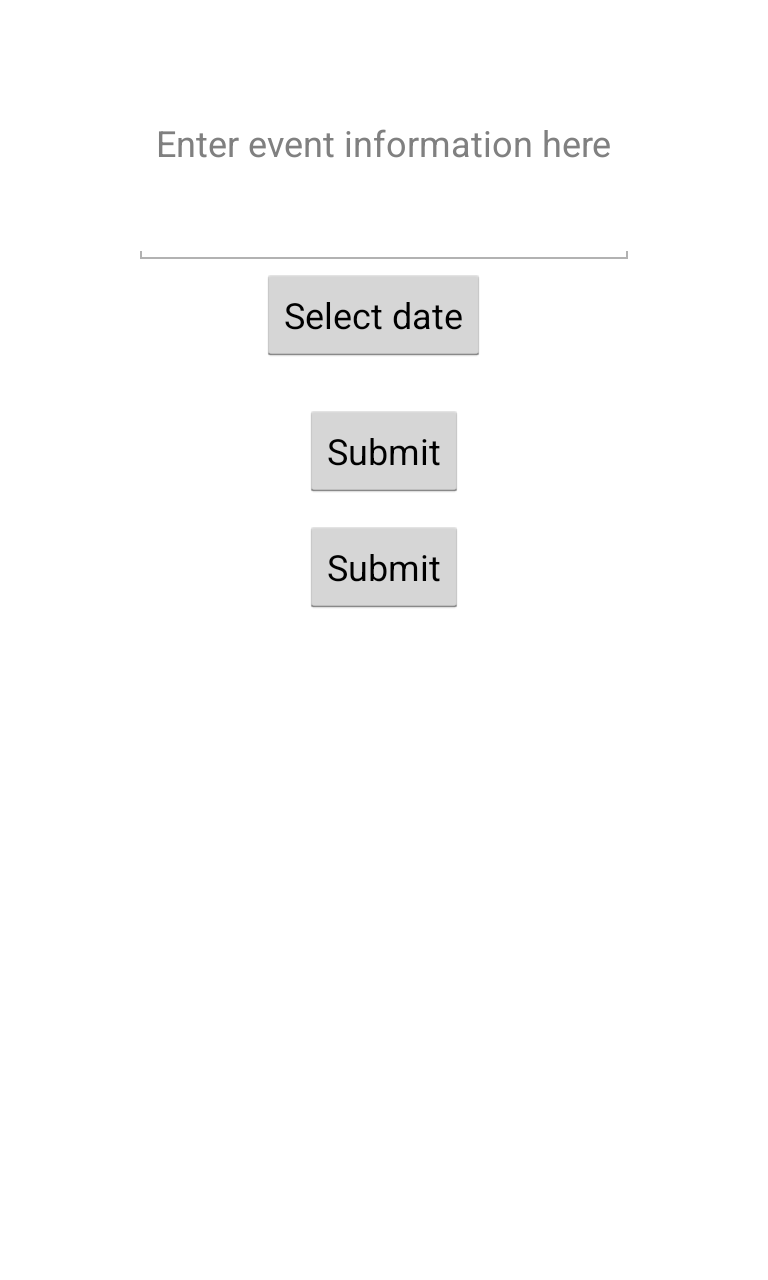
Repository: valleskeyp/Hive6Sample
Layout: NotificationSample/res/layout/activity_main.xml
An editor plug-in stored every save of this project. The layout is shown before and after the next save, followed by the edit.
It is drawn on a 768 x 1280 px phone screen (xhdpi) without system bars, with theme AppTheme; the app's code is not run.

Above is the layout before, as saved 2014-01-14 20:38:31.

### NotificationSample/res/layout/activity_main.xml
<LinearLayout xmlns:android="http://schemas.android.com/apk/res/android"
    xmlns:tools="http://schemas.android.com/tools"
    android:layout_width="fill_parent"
    android:layout_height="fill_parent"
    android:orientation="vertical"
    tools:ignore="HardcodedText" >

    <EditText
        android:layout_marginTop="10dp"
        android:lines="5"
        android:layout_width="wrap_content"
        android:layout_height="wrap_content"
        android:layout_gravity="center_horizontal"
        android:id="@+id/eventInfo"
        android:hint="Enter event information here" />

    <LinearLayout
        android:layout_width="wrap_content"
        android:layout_height="wrap_content"
        android:orientation="horizontal"
        android:layout_gravity="center_horizontal">

        <Button
            android:id="@+id/submit"
            android:layout_width="wrap_content"
            android:layout_height="wrap_content"
            android:layout_gravity="center_horizontal"
            android:layout_marginTop="10dp"
            android:layout_marginRight="10dp"
            android:text="Select date" />

        <TextView
            android:layout_width="wrap_content"
            android:layout_height="wrap_content" />

    </LinearLayout>

    <Button
        android:layout_marginTop="10dp"
        android:layout_gravity="center_horizontal"
        android:id="@+id/submit"
        android:layout_width="wrap_content"
        android:layout_height="wrap_content"
        android:text="Submit" />
    <Button
        android:layout_marginTop="10dp"
        android:layout_gravity="center_horizontal"
        android:id="@+id/submit"
        android:layout_width="wrap_content"
        android:layout_height="wrap_content"
        android:text="Submit" />

</LinearLayout>

Loaded but not shown: NotificationSample/res/values/styles.xml (common file); NotificationSample/res/values-v11/styles.xml (common file); NotificationSample/res/values-v14/styles.xml (common file)

After the next save:
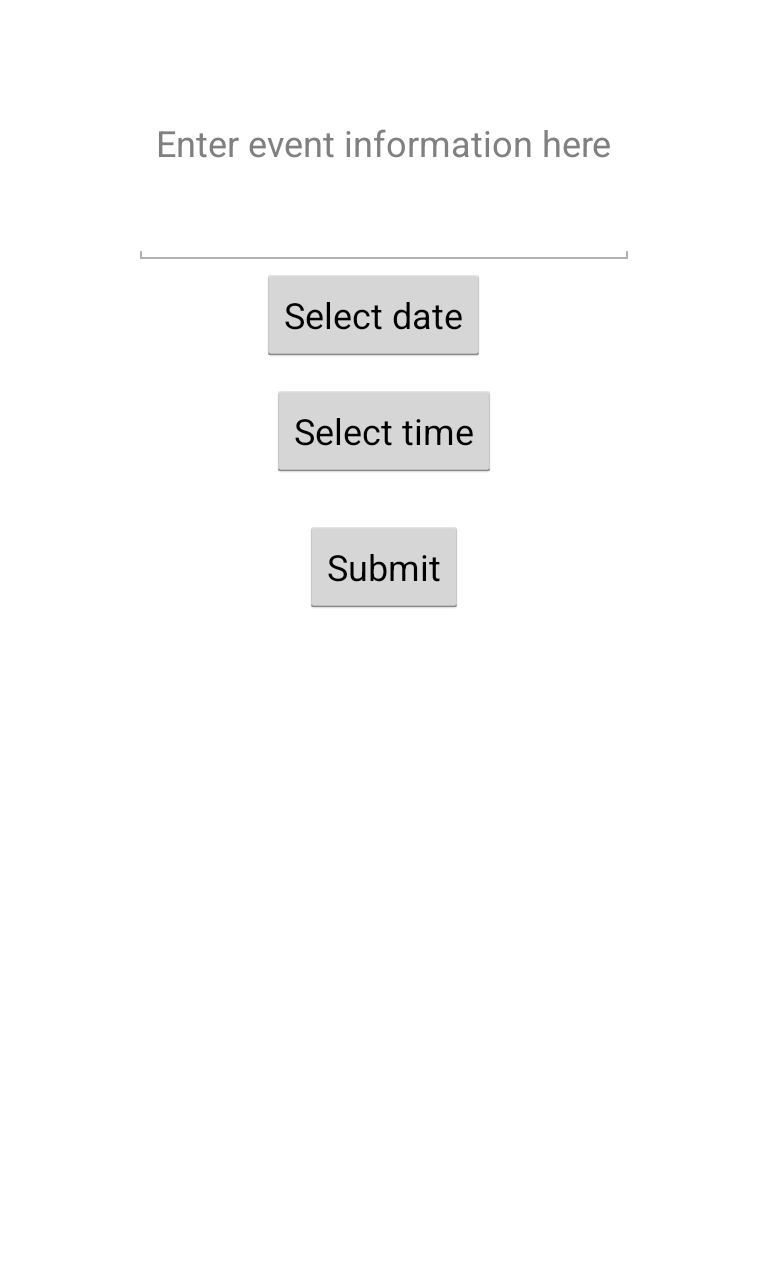
Saved 108 min 53 s later.
--- a/NotificationSample/res/layout/activity_main.xml
+++ b/NotificationSample/res/layout/activity_main.xml
@@ -31,8 +31,28 @@
 
         <TextView
             android:layout_width="wrap_content"
-            android:layout_height="wrap_content" />
+            android:layout_height="wrap_content"
+            android:text="" />
 
+    </LinearLayout>
+<LinearLayout
+    android:layout_width="wrap_content"
+        android:layout_height="wrap_content"
+        android:orientation="horizontal"
+        android:layout_gravity="center_horizontal">
+
+        <Button
+            android:id="@+id/submit"
+            android:layout_width="wrap_content"
+            android:layout_height="wrap_content"
+            android:layout_gravity="center_horizontal"
+            android:layout_marginTop="10dp"
+            android:text="Select time" />
+
+        <TextView
+            android:layout_width="wrap_content"
+            android:layout_height="wrap_content"
+            android:text="" />
     </LinearLayout>
 
     <Button
@@ -42,12 +62,5 @@
         android:layout_width="wrap_content"
         android:layout_height="wrap_content"
         android:text="Submit" />
-    <Button
-        android:layout_marginTop="10dp"
-        android:layout_gravity="center_horizontal"
-        android:id="@+id/submit"
-        android:layout_width="wrap_content"
-        android:layout_height="wrap_content"
-        android:text="Submit" />
 
 </LinearLayout>
